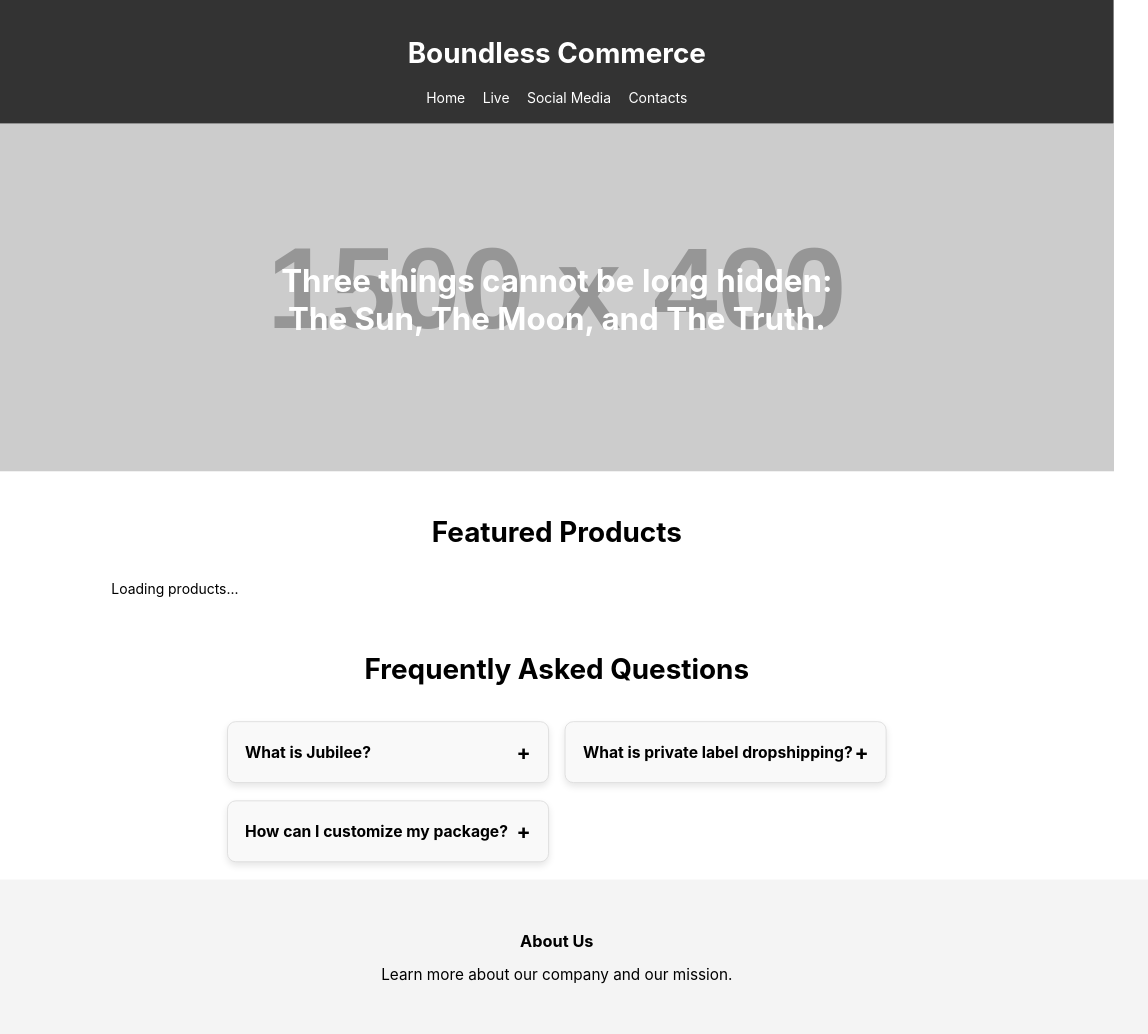
Repository: Nn-Exe/chunar-ecommerce
Page: / (app in ecommerce-frontend/)
These files come from the project's save history. The page is drawn as it stood at one moment and after the next save; the edit follows.
The browser window is 1280 px wide. The page is 1320 px wide, so the pictures cover 1320 px, including what lies to the right of the window. The pictures show the whole page, at 87% of full size.
The page's requests for data from a server got no answer. The project was rebuilt for these pictures with package versions that can differ from the ones it lists, and the page was loaded fresh each time. No one was signed in, and anything a server would have sent is missing.

Above is the page before, as saved 2024-09-11 14:13:04.

### ecommerce-frontend/src/App.js
import React, { useState, useEffect } from 'react';
import './App.css';
import { BrowserRouter as Router, Route, Routes } from 'react-router-dom';  // Importing React Router
import Navbar from './components/Navbar';  // Correct way to import default export
import HeroSection from './components/HeroSection';  // Correct way to import default export
import ProductList from './components/ProductList';  // Correct way to import default export
import Faq from './components/Faq';  // Import the Faq component from the components folder

// Home page component (the default view)
function Home({ products }) {
  return (
    <div className="home-page">
      {/* Hero Section */}
      <div className="hero-container">
        <HeroSection />
      </div>

      {/* Featured Products Section */}
      <section className="products-section">
        <div className="section-header">
          <h2>Featured Products</h2>
        </div>

        <div className="product-grid">
          <ProductList products={products} />
        </div>
      </section>

      <br />

      {/* FAQ Section */}
      <Faq />  {/* Using the imported Faq component */}

      {/* Add more sections here */}

      <br />

      <section className="about-section">
        <div className="about-content">
          <h3>About Us</h3>
          <p>Learn more about our company and our mission.</p>
        </div>
      </section>
    </div>
  );
}

// Other page components
function Live() {
  return <h2>Live Page</h2>;
}

function Contacts() {
  return <h2>Contacts Page</h2>;
}

function SocialMedia() {
  // External link can be opened using an anchor tag, so no need for a separate page.
  window.location.href = "https://linktr.ee/chunar.co";  // Redirect to external social media page
  return null;
}

function App() {
  const [products, setProducts] = useState([]);

  useEffect(() => {
    fetch('http://localhost:5000/api/products')
      .then((response) => response.json())
      .then((data) => setProducts(data))
      .catch((error) => console.error('Error fetching products:', error));
  }, []);

  return (
    <Router>
      <div className="App">
        <header className="App-header">
          <h1>Boundless Commerce</h1>
          <Navbar />
        </header>

        <Routes>
          {/* Home page route */}
          <Route path="/" element={<Home products={products} />} />

          {/* Other pages */}
          <Route path="/live" element={<Live />} />
          <Route path="/contacts" element={<Contacts />} />

          {/* Redirect to external social media link */}
          <Route path="/social-media" element={<SocialMedia />} />
        </Routes>
      </div>
    </Router>
  );
}

export default App;

### ecommerce-frontend/src/App.css
/* ------------- Main Structure ------------ */

.App-header {
  background-color: #333;
  color: white;
  padding: 20px;
  text-align: center;
}

nav ul {
  list-style-type: none;
  padding: 0;
  margin: 0;
  display: flex;
  justify-content: center;
  gap: 20px;
}

nav ul li a {
  color: white;
  text-decoration: none;
  font-size: 16px;
}

.hero {
  position: relative;
  text-align: center;
}

.hero-banner {
  width: 100%;
  height: 400px;
  object-fit: cover;
}

.hero-text {
  position: absolute;
  top: 50%;
  left: 50%;
  transform: translate(-50%, -50%);
  color: white;
  font-size: 24px;
  font-weight: bold;
}

.products {
  padding: 40px;
  text-align: center;
}

.product-list {
  display: grid;
  grid-template-columns: repeat(5, 1fr);
  gap: 20px;
}

.product-card {
  border: 1px solid #ddd;
  padding: 20px;
  text-align: center;
  transition: transform 0.3s;
}

.product-card img {
  max-width: 100%;
  height: auto;
  margin-bottom: 10px;
}

.product-card:hover {
  transform: scale(1.05);
}


.product-card img {
  width: 200px;
  height: 200px;
  object-fit: cover;   /* Ensures the image covers the given area */
  border-radius: 10px; /* Optional: adds rounded corners */
}



/* ----------- Home Div -------------- */

/* App.css */

.home-page {
  display: flex;
  flex-direction: column;
  align-items: center;
}

/* Hero Section */
.hero-container {
  width: 100%;
  margin-bottom: 20px;
}

/* Products Section */
.products-section {
  width: 80%;
  margin: 0 auto;
}

.section-header h2 {
  text-align: center;
  font-size: 2rem;
  margin-bottom: 20px;
}

/* Product Grid
.product-grid {
  display: grid;
  grid-template-columns: repeat(3, 1fr);
  gap: 20px;
}

.product-card {
  border: 1px solid #ddd;
  padding: 20px;
  text-align: center;
} */

/* About Section */
.about-section {
  background-color: #f4f4f4;
  padding: 40px;
  width: 100%;
  text-align: center;
}

.about-section h3 {
  margin-bottom: 10px;
}

.about-section p {
  font-size: 1.1rem;
}


/* ----------- FAQ Section ---------------- */


/* Center the FAQ section */
.faq-section {
  max-width: 1200px;
  margin: 0 auto;
  text-align: center; /* Center the FAQ header */
}

/* Style the header separately */
.faq-section h2 {
  font-size: 32px;
  margin-bottom: 40px;
}

/* Grid layout for the FAQ items (excluding the header) */
.faq-items {
  display: grid;
  grid-template-columns: repeat(2, minmax(0, 1fr)); /* Two columns per row, independent sizing */
  gap: 20px; /* Space between the FAQ items */
  justify-items: center; /* Center the items */
  align-items: start; /* Align items at the top */
}

/* Style each FAQ item */
.faq-item {
  border: 1px solid #ddd;
  border-radius: 10px;
  width: 100%; /* Ensure FAQ bubbles are the same size initially */
  background-color: #f9f9f9;
  box-shadow: 0 4px 8px rgba(0, 0, 0, 0.1);
  transition: transform 330ms ease-in-out; /* Smooth scaling transition */
  transform-origin: center; /* Ensures scaling happens from the center */
}

.faq-item.active {
  transform: scale(1.05); /* Scale up slightly on toggle */
}

.faq-item:hover {
  transform: scale(1.02); /* Slightly enlarge on hover */
}

/* Style the FAQ question (clickable area) */
.faq-question {
  padding: 20px;
  cursor: pointer;
  display: flex;
  justify-content: space-between;
  align-items: center;
  font-weight: bold;
  font-size: 18px;
}

/* Style the FAQ answer */
.faq-answer {
  padding: 0 20px;
  overflow: hidden;
  max-height: 0; /* Initially hidden */
  opacity: 0;
  transition: max-height 0.5s ease, opacity 0.5s ease; /* Smooth animation */
}

/* When the FAQ item is active, show the answer with a smooth transition */
.faq-item.active .faq-answer {
  max-height: 500px; /* Adjust based on expected content height */
  opacity: 1;
  padding-bottom: 20px; /* Add padding for better spacing when expanded */
}

/* Style the icon for toggling */
.icon {
  font-size: 24px;
  font-weight: bold;
  transition: transform 0.3s ease; /* Smoothly rotate the icon */
}

.faq-item.active .icon {
  transform: rotate(45deg); /* Rotate icon when active */
}

### ecommerce-frontend/src/components/Navbar.js
import React from 'react';
import { Link } from 'react-router-dom';

function Navbar() {
  return (
    <nav>
      <ul>
        <li><Link to="/">Home</Link></li>  {/* Links to the home page */}
        <li><Link to="/live">Live</Link></li>  {/* Links to the live page */}
        <li><a href="https://linktr.ee/chunar.co" target="_blank" rel="noopener noreferrer">Social Media</a></li> {/* Opens external link in new tab */}
        <li><Link to="/contacts">Contacts</Link></li>  {/* Links to the contacts page */}
      </ul>
    </nav>
  );
}

export default Navbar;

### ecommerce-frontend/src/components/HeroSection.js
import React from 'react';

function HeroSection() {
  return (
    <section className="hero">
      <img src="https://via.placeholder.com/1500x400" alt="Banner" className="hero-banner" />
      <div className="hero-text">
        <h2>Three things cannot be long hidden: The Sun, The Moon, and The Truth.</h2>
      </div>
    </section>
  );
}

export default HeroSection;  // Ensure you have this line

### ecommerce-frontend/src/components/ProductList.js
import React from 'react';

function ProductList({ products }) {
  return (
    <div className="product-list">
      {products.length === 0 ? (
        <p>Loading products...</p>
      ) : (
        products.map((product) => (
          <div key={product.id} className="product-card">
              <img
                src={product.image}
                alt={product.name}
                className="product-image"
              />
            <h3>{product.name}</h3>
            <p>{product.description}</p>
            <p>${product.price}</p>
          </div>
        ))
      )}
    </div>
  );
}

export default ProductList;

### ecommerce-frontend/src/components/Faq.js
import React, { useState } from 'react';

const Faq = () => {
  const [activeIndex, setActiveIndex] = useState(null);

  const toggleFaq = (index) => {
    setActiveIndex(activeIndex === index ? null : index);
  };

  return (
    <div className="faq-section">
      <h2>Frequently Asked Questions</h2>

      <div className="faq-items"> {/* Grid layout for the items */}
        <div className={`faq-item ${activeIndex === 0 ? 'active' : ''}`}>
          <div className="faq-question" onClick={() => toggleFaq(0)}>
            <span>What is Jubilee?</span>
            <span className="icon">{activeIndex === 0 ? '-' : '+'}</span>
          </div>
          {activeIndex === 0 && (
            <div className="faq-answer">
              <p>Jubilee is a dropshipping marketplace that lets you build your own cosmetic and skincare line with minimal upfront costs...</p>
            </div>
          )}
        </div>

        <div className={`faq-item ${activeIndex === 1 ? 'active' : ''}`}>
          <div className="faq-question" onClick={() => toggleFaq(1)}>
            <span>What is private label dropshipping?</span>
            <span className="icon">{activeIndex === 1 ? '-' : '+'}</span>
          </div>
          {activeIndex === 1 && (
            <div className="faq-answer">
              <p>Private label dropshipping allows you to sell products from suppliers with your own branding...</p>
            </div>
          )}
        </div>

        <div className={`faq-item ${activeIndex === 2 ? 'active' : ''}`}>
          <div className="faq-question" onClick={() => toggleFaq(2)}>
            <span>How can I customize my package?</span>
            <span className="icon">{activeIndex === 2 ? '-' : '+'}</span>
          </div>
          {activeIndex === 2 && (
            <div className="faq-answer">
              <p>Private labeling is a great way to showcase your brand...</p>
            </div>
          )}
        </div>
      </div>
    </div>
  );
};

export default Faq;

Loaded but not shown: ecommerce-frontend/public/index.html (common file); ecommerce-frontend/src/index.js (common file); ecommerce-frontend/src/index.css (common file); ecommerce-frontend/src/reportWebVitals.js (common file)

After the next save:
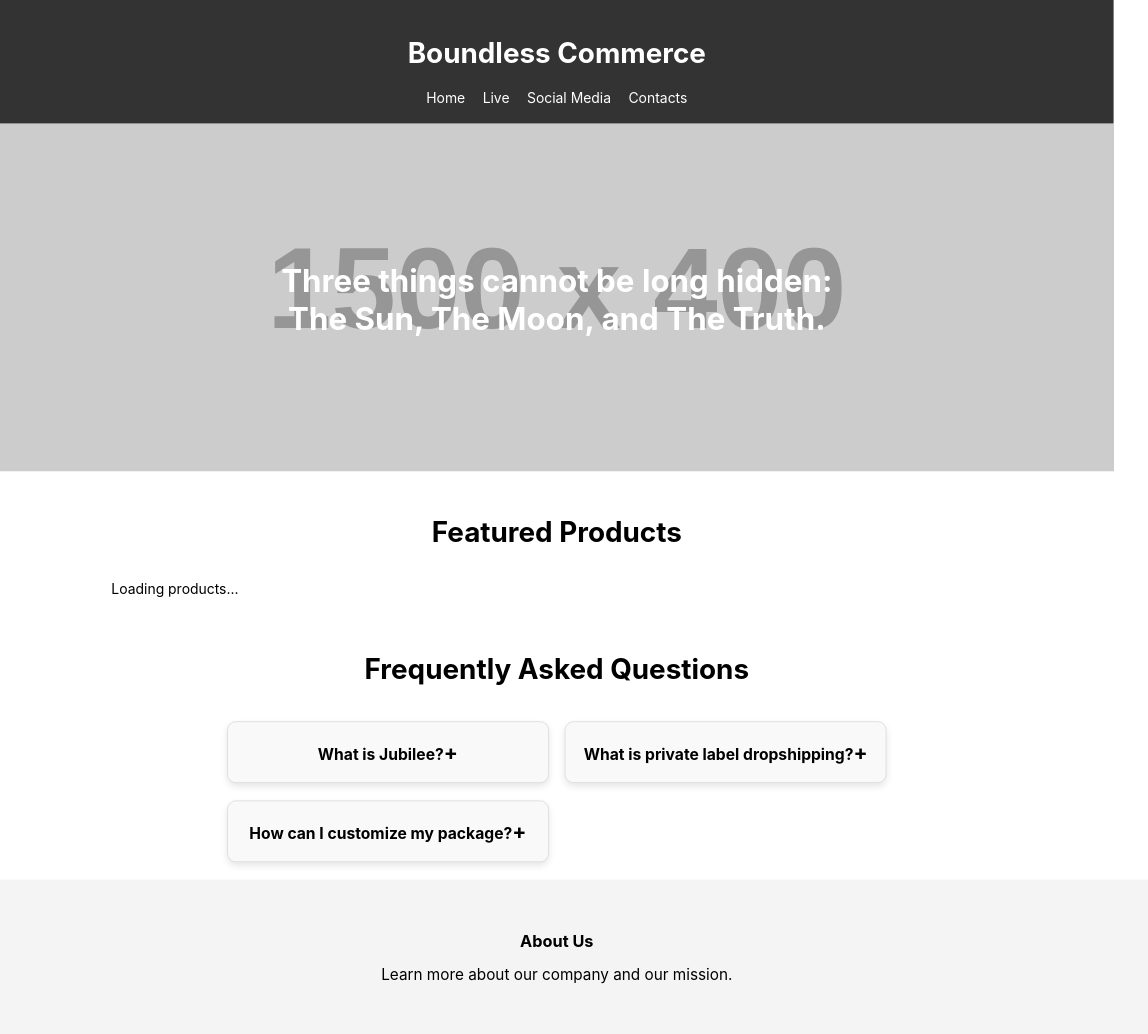
Saved 10 min 21 s later.
--- a/ecommerce-frontend/src/App.css
+++ b/ecommerce-frontend/src/App.css
@@ -187,7 +187,7 @@
 .faq-question {
   padding: 20px;
   cursor: pointer;
-  display: flex;
+  display: absolute;
   justify-content: space-between;
   align-items: center;
   font-weight: bold;

After the save that followed:
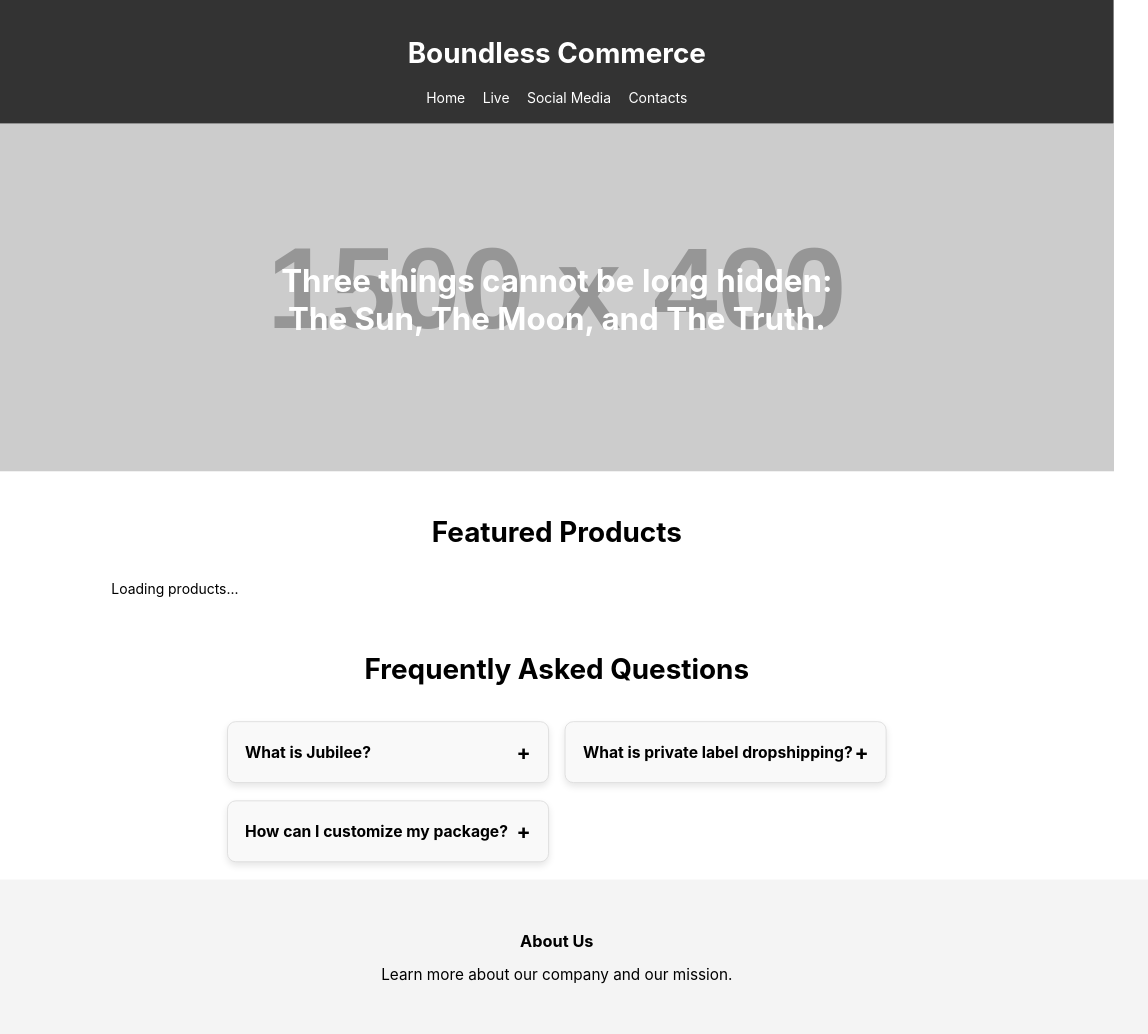
Saved 11 s later.
--- a/ecommerce-frontend/src/App.css
+++ b/ecommerce-frontend/src/App.css
@@ -187,7 +187,7 @@
 .faq-question {
   padding: 20px;
   cursor: pointer;
-  display: absolute;
+  display: flex;
   justify-content: space-between;
   align-items: center;
   font-weight: bold;
